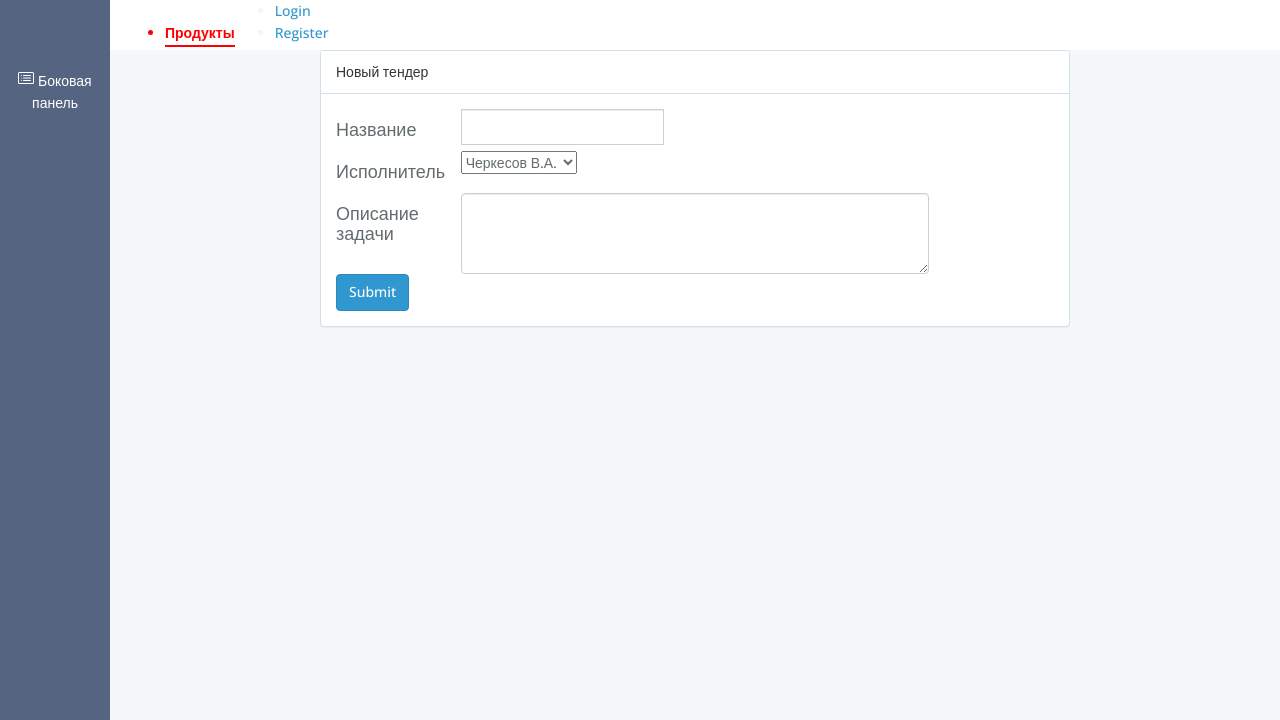
Repository: blackjack043/laravel-crud
Page: resources/views/page2.blade.php
These files come from the project's save history. The page is drawn as it stood at one moment and after the next save; the edit follows.
The browser window is 1280 px wide. The pictures show the whole page.
Some web fonts or font styles are not loaded; a fallback is used. The page is served by the project's Laravel application, run on PHP 8.4 with Laravel 8. Other server files are loaded and not shown. The template is opened directly, without the code that normally fills it, so the values that code supplies are empty.

Above is the page before, as saved 2022-03-06 21:46:52.

### routes/web.php
<?php

/*
|--------------------------------------------------------------------------
| Web Routes
|--------------------------------------------------------------------------
|
| Here is where you can register web routes for your application. These
| routes are loaded by the RouteServiceProvider within a group which
| contains the "web" middleware group. Now create something great!
|
*/
use Illuminate\Http\Request;
use App\Contact12;


Route::get('/', function () {
    return view('welcome');
});

Route::get('/page2', function () {
    return view('page2');
});



Route::post('/profile', 'ContactController@submit');

Auth::routes();

Route::get('/home', 'HomeController@index');

Auth::routes();

Route::get('/home', 'HomeController@index');

### resources/views/page2.blade.php
@extends('layouts.app2')

@section('content')
<div class="container">
    <div class="row">
        <div class="col-md-8 col-md-offset-2">
            <div class="panel panel-default">
                <div class="panel-heading">Новый тендер</div>
                <div class="panel-body">


        @if($errors->any())
            <div style=>
            @foreach ($errors->all() as $error)
            <div >
                {{$error}}
            </div>
            @endforeach
            </div>
         @endif
<form  method="POST" action="/profile">
{{ csrf_field() }}

                <div class="row" >
  <div class="col-md-2" ><h4>Название</h4></div>
  <div class="col-md-10">
<div class="input-group" >
<input type="text" name="label" class="form-control"  aria-describedby="sizing-addon2">
                </div></div>
</div>

<div class="row">
  <div class="col-md-2"><h4>Исполнитель</h4></div>
  <div class="col-md-10">
    <select name="ispolnitel">
    <option value="cherkesov">Черкесов В.А.</option>
    <option value="matancev">Матанцев Е.Р.</option>
    </select>
</div>
</div>

<div class="row">
  <div class="col-md-2"><h4>Описание задачи</h4></div>
  <div class="col-md-8">
		<textarea name="text" class="form-control" rows="3"></textarea>
</div>



</div>
<input type="submit" class="btn btn-primary">
</form>






                </div>
            </div>
        </div>
    </div>
</div>
@endsection

### resources/views/layouts/app2.blade.php
<!DOCTYPE html>
<html lang="en">
<head>
    <meta charset="utf-8">
    <meta http-equiv="X-UA-Compatible" content="IE=edge">
    <meta name="viewport" content="width=device-width, initial-scale=1">
    <link rel="preconnect" href="https://fonts.googleapis.com">
<link rel="preconnect" href="https://fonts.gstatic.com" crossorigin>
<link href="https://fonts.googleapis.com/css2?family=Open+Sans:wght@300;500;700&display=swap" rel="stylesheet">
    <!-- CSRF Token -->
    <meta name="csrf-token" content="{{ csrf_token() }}">

    <title>{{ config('app.name', 'Laravel') }}</title>

    <!-- Styles -->
    <link href="/css/app.css" rel="stylesheet">

    <!-- Scripts -->
    <script>
        window.Laravel = <?php echo json_encode([
            'csrfToken' => csrf_token(),
        ]); ?>
    </script>
</head>
<body style="font-family: 'Open Sans', sans-serif;">
    <div id="app" style="display: flex;">
        <div style="width:200px; height:100vh;background: #556480;color: white; font-size: 14px;text-align: center; padding-top:70px" >

        <svg xmlns="http://www.w3.org/2000/svg" width="16" height="16" fill="currentColor" class="bi bi-card-list" viewBox="0 0 16 16">
  <path d="M14.5 3a.5.5 0 0 1 .5.5v9a.5.5 0 0 1-.5.5h-13a.5.5 0 0 1-.5-.5v-9a.5.5 0 0 1 .5-.5h13zm-13-1A1.5 1.5 0 0 0 0 3.5v9A1.5 1.5 0 0 0 1.5 14h13a1.5 1.5 0 0 0 1.5-1.5v-9A1.5 1.5 0 0 0 14.5 2h-13z"/>
  <path d="M5 8a.5.5 0 0 1 .5-.5h7a.5.5 0 0 1 0 1h-7A.5.5 0 0 1 5 8zm0-2.5a.5.5 0 0 1 .5-.5h7a.5.5 0 0 1 0 1h-7a.5.5 0 0 1-.5-.5zm0 5a.5.5 0 0 1 .5-.5h7a.5.5 0 0 1 0 1h-7a.5.5 0 0 1-.5-.5zm-1-5a.5.5 0 1 1-1 0 .5.5 0 0 1 1 0zM4 8a.5.5 0 1 1-1 0 .5.5 0 0 1 1 0zm0 2.5a.5.5 0 1 1-1 0 .5.5 0 0 1 1 0z"/>
</svg>
<span style="padding-top: 0px"> Боковая панель</span>
       </div>
        <div style="display:inline; ">
        <nav class="" style="height: 50px; background: white; color:#f5f5f5">
            <div class="container">
                <div class="navbar-header">

                </div>

                <div style="display: flex;">
                    <!-- Left Side Of Navbar -->
                    <ul class="">
                        &nbsp;
                        <li style="border-bottom: 2px solid red; color: red"><a href="#" style="color: red; font-weight: bold">Продукты</a></li>
                    </ul>

                    <!-- Right Side Of Navbar -->
                    <ul class="" style="float:right">
                        <!-- Authentication Links -->
                        @if (Auth::guest())
                            <li><a href="{{ url('/login') }}">Login</a></li>
                            <li><a href="{{ url('/register') }}">Register</a></li>
                        @else
                            <li class="dropdown">
                                <a href="#" class="dropdown-toggle" data-toggle="dropdown" role="button" aria-expanded="false">
                                    {{ Auth::user()->name }} <span class="caret"></span>
                                </a>

                                <ul class="dropdown-menu" role="menu">
                                    <li>
                                        <a href="{{ url('/logout') }}"
                                            onclick="event.preventDefault();
                                                     document.getElementById('logout-form').submit();">
                                            Logout
                                        </a>

                                        <form id="logout-form" action="{{ url('/logout') }}" method="POST" style="display: none;">
                                            {{ csrf_field() }}
                                        </form>
                                    </li>
                                </ul>
                            </li>
                        @endif
                    </ul>
                </div>
            </div>
        </nav>

        @yield('content')
    </div>
    </div>
    <!-- Scripts -->
    <script src="/js/app.js"></script>
</body>
</html>

Loaded but not shown: app/Http/Controllers/Auth/LoginController.php (common file); app/Http/Controllers/Controller.php (common file); public/css/app.css (library); public/js/app.js (library)

After the next save:
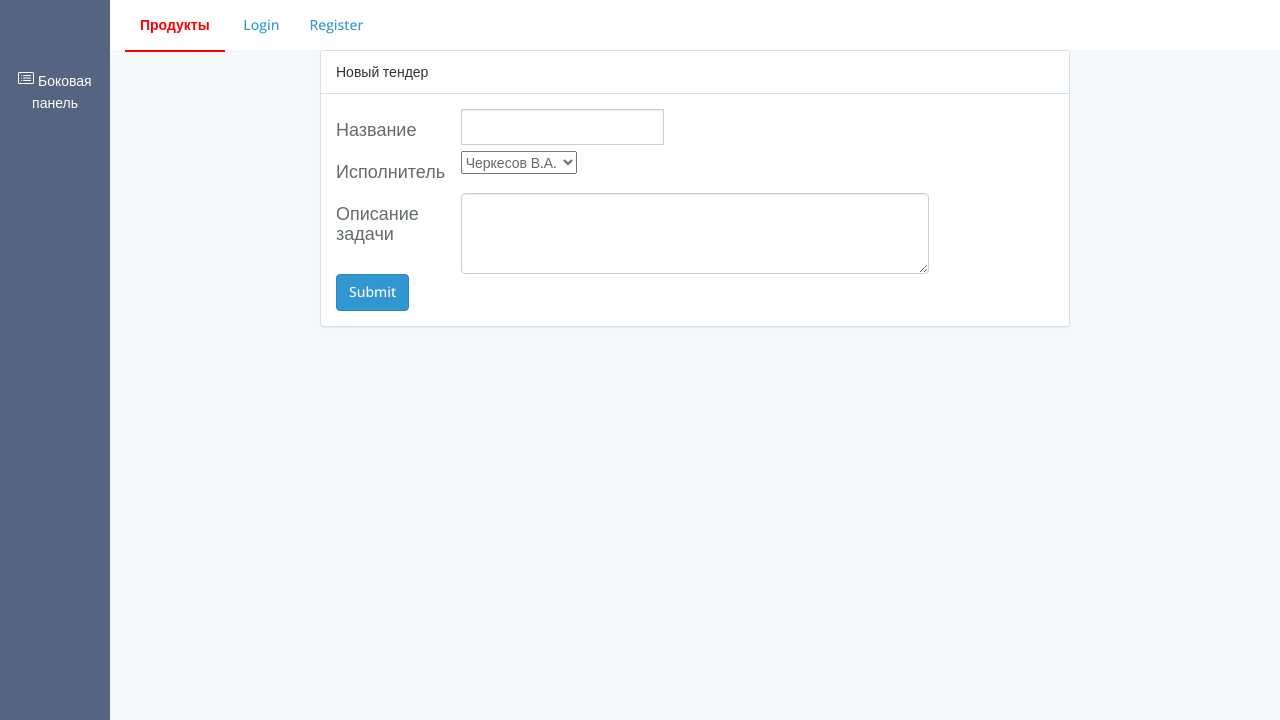
Saved 13 s later.
--- a/resources/views/layouts/app2.blade.php
+++ b/resources/views/layouts/app2.blade.php
@@ -41,13 +41,13 @@
 
                 <div style="display: flex;">
                     <!-- Left Side Of Navbar -->
-                    <ul class="">
+                    <ul class="nav navbar-nav navbar-left">
                         &nbsp;
                         <li style="border-bottom: 2px solid red; color: red"><a href="#" style="color: red; font-weight: bold">Продукты</a></li>
                     </ul>
 
                     <!-- Right Side Of Navbar -->
-                    <ul class="" style="float:right">
+                    <ul class="nav navbar-nav navbar-right" style="float:right">
                         <!-- Authentication Links -->
                         @if (Auth::guest())
                             <li><a href="{{ url('/login') }}">Login</a></li>
